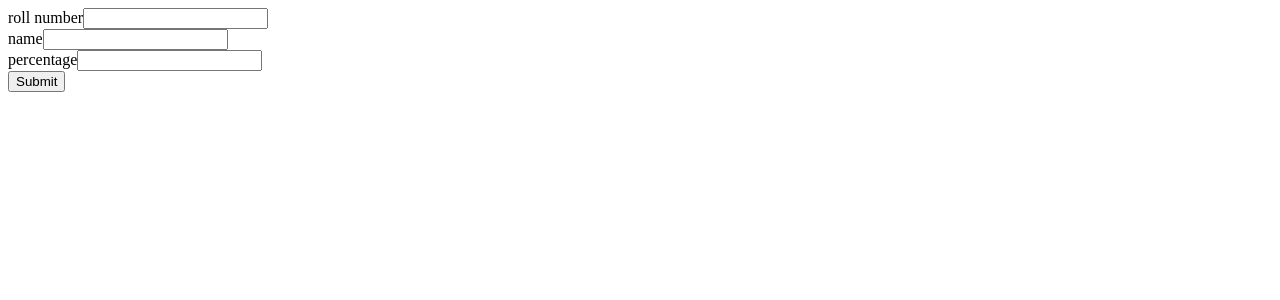
Repository: yashikagoyal98/javaEE
Page: LAYERED ARCHITECTURE/MiniDemo/WebContent/index.html
An editor plug-in stored every save of this project. The page is shown before and after the next save, followed by the edit.
The browser window is 1280 px wide. The pictures show the whole page.

Above is the page before, as saved 2019-07-11 08:23:51.

After the next save:
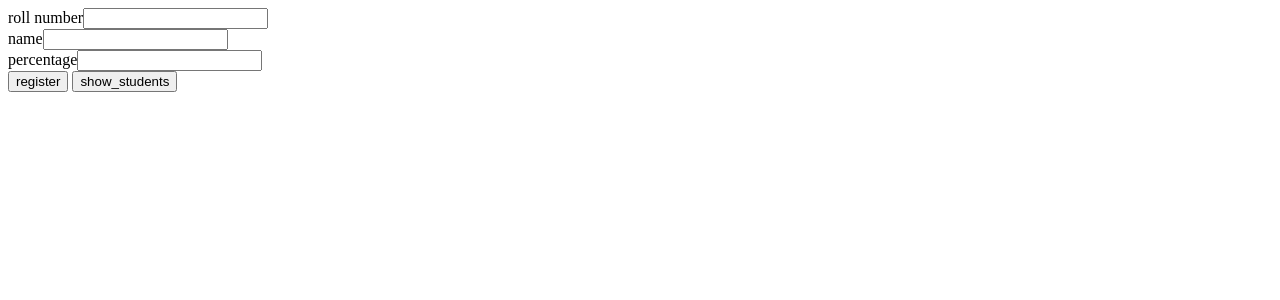
Saved 55 s later.
--- a/LAYERED ARCHITECTURE/MiniDemo/WebContent/index.html
+++ b/LAYERED ARCHITECTURE/MiniDemo/WebContent/index.html
@@ -10,7 +10,9 @@
 roll number<input type="number" name="rollno"><br>
 name<input type="text" name="name"><br>
 percentage<input type="text" name="per"><br>
-<input type="submit" name="btn" valuse="register">
+<input type="submit" name="btn" value="register">
+<input type="submit" name="btn" value="show_students">
+
 </form>
 </body>
 </html>
